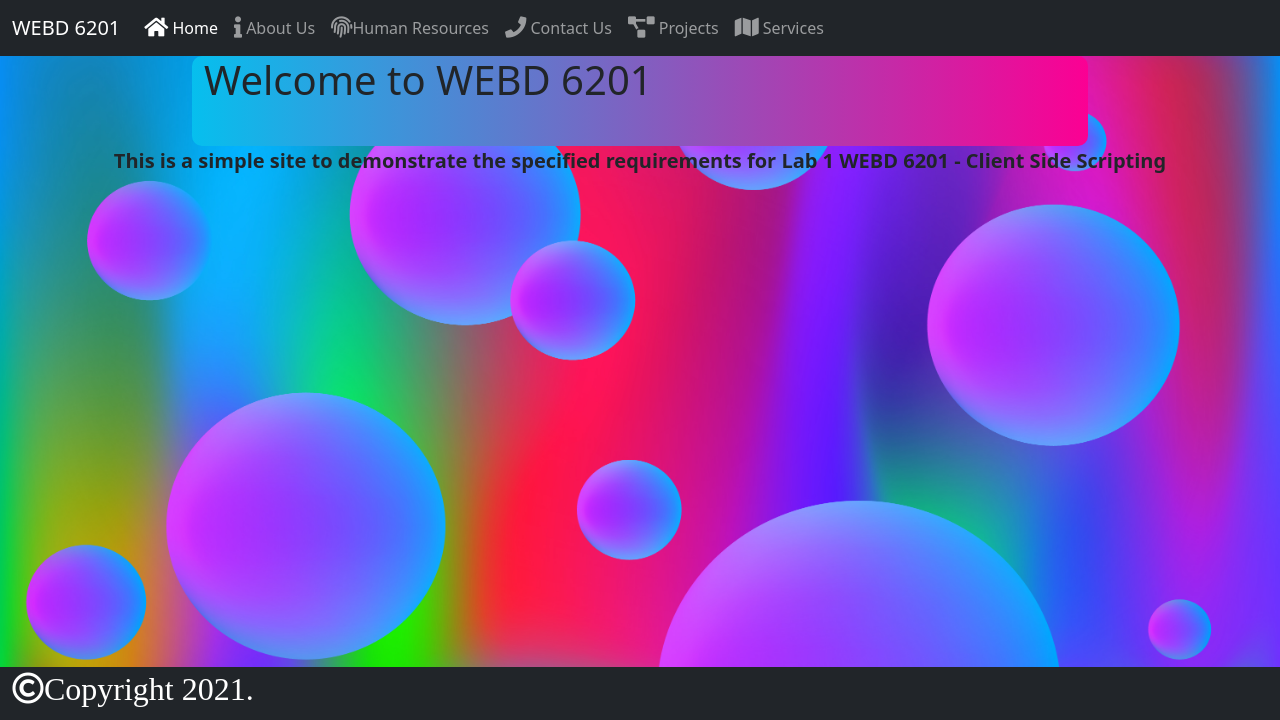
Repository: vans12345678/WEBD6201-W2021-Week3
Page: index.html
The author's editor kept a copy of each file at every save. The page is drawn from the files as they stood at one save, then again after the next save.
The browser window is 1280 px wide. The pictures show the whole page.

Above is the page before, as saved 2021-01-28 21:17:13.
Console error: ReferenceError: mainContent is not defined

After the next save:
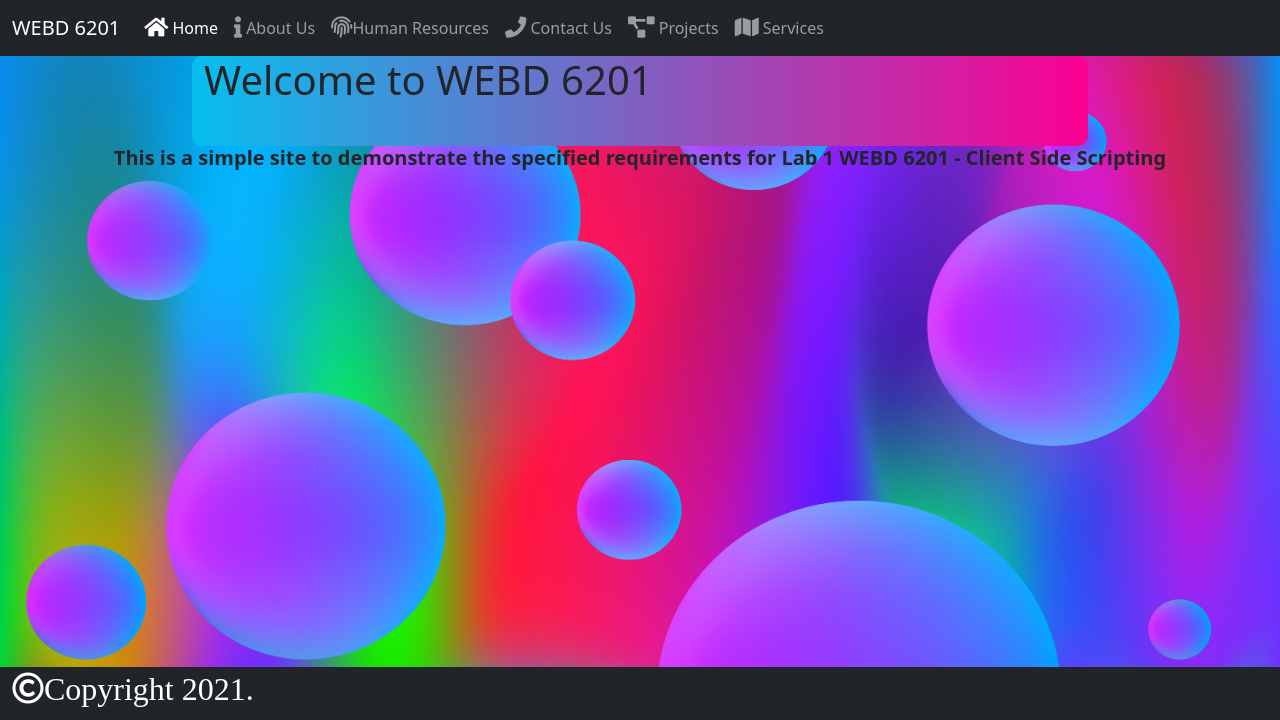
Saved 30 s later.
--- a/index.html
+++ b/index.html
@@ -49,7 +49,7 @@
   <!-- Main Contents -->
     <main>
         <h1 class = "container">Welcome to WEBD 6201</h1>
-        <p id="introParagraph" class=""></p>
+        <h2 id="introParagraph" class=""></h2>
     </main>
     <!-- Main Footer -->
     <footer>
